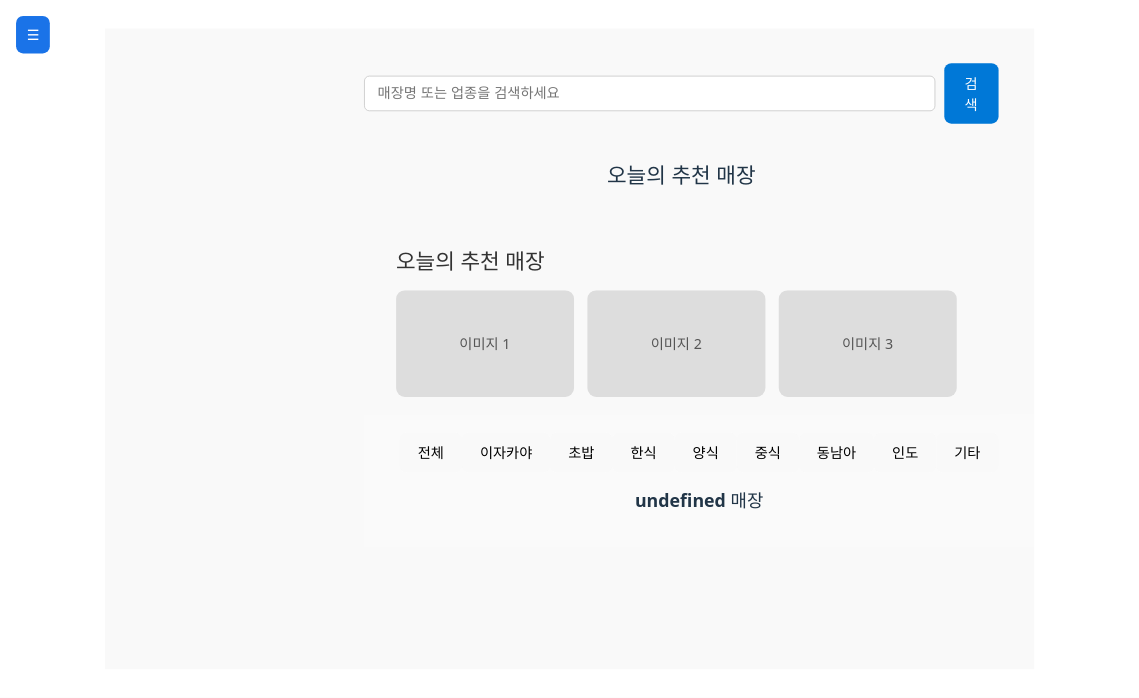
Repository: noiredex/Choplan-API
Page: / (app in choplan/frontend_main/)
An editor plug-in stored every save of this project. The page is shown before and after the next save, followed by the edit.
The browser window is 1280 px wide. The pictures show the whole page, at 89% of full size.
The project was rebuilt for these pictures with package versions that can differ from the ones it lists, and the page was loaded fresh each time. Also part of the build but not shown: choplan/frontend_main/vite.config.js, choplan/frontend_main/vite.config.ts, choplan/frontend_main/src/styles/StoreDetailPage.css, choplan/frontend_main/src/pages/StoreDetailPage.jsx.

Above is the page before, as saved 2025-10-22 14:13:46.

After the next save:
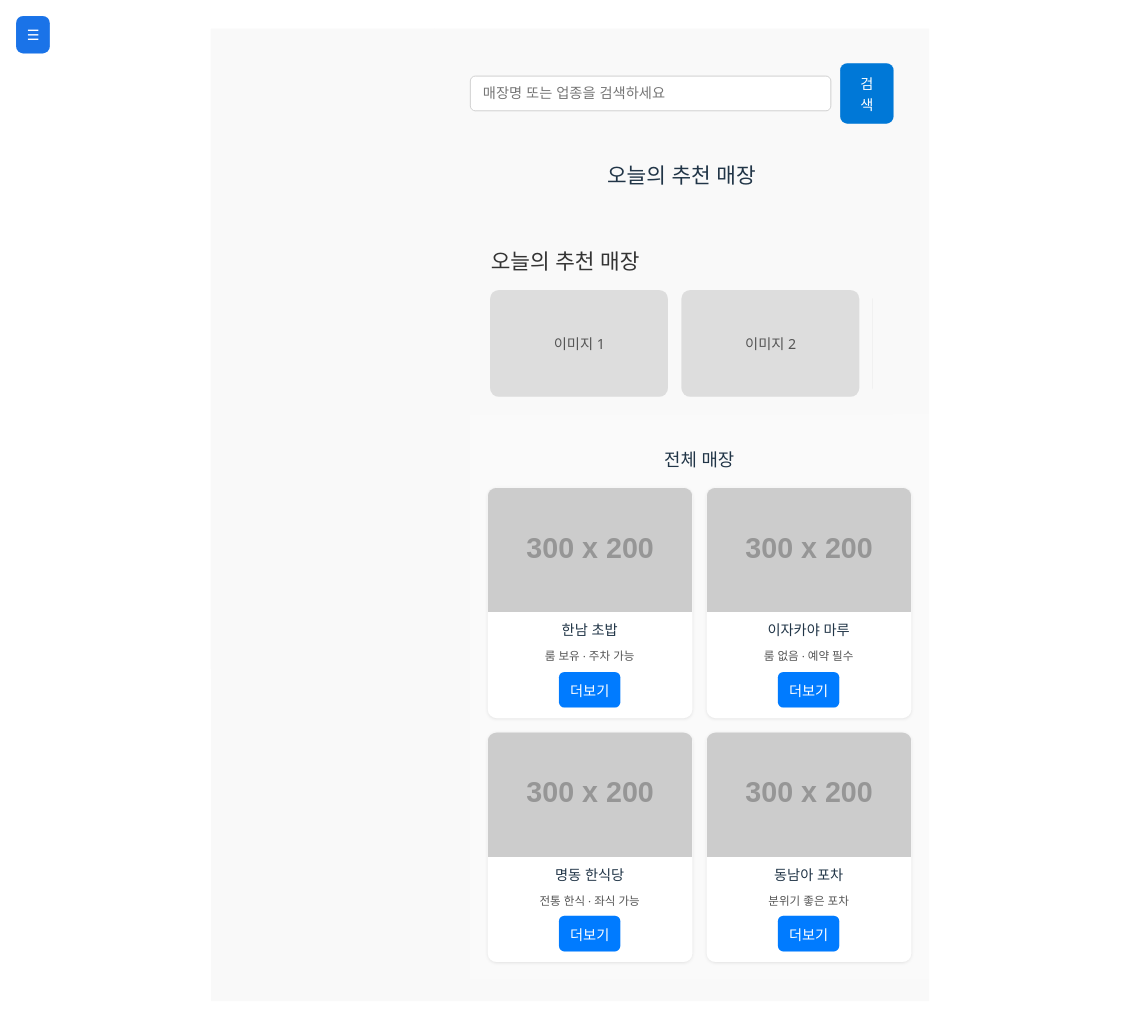
Saved 16 s later.
--- a/choplan/frontend_main/src/components/home/RecommendedStores.jsx
+++ b/choplan/frontend_main/src/components/home/RecommendedStores.jsx
@@ -1,48 +1,55 @@
-import React from "react";
+import React, { useEffect, useState } from "react";
 import "../../styles/RecommendedStores.css";
 
-const storeList = [
-  { id: 1, name: "한남 초밥", desc: "룸 보유 · 주차 가능", category: "초밥", image: "/assets/banner1.jpg" },
-  { id: 2, name: "이자카야 마루", desc: "룸 없음 · 예약 필수", category: "이자카야", image: "/assets/banner2.jpg" },
-  { id: 3, name: "온더테이블 한식당", desc: "룸 보유 · 최대 6인", category: "한식", image: "/assets/banner3.jpg" },
-  { id: 4, name: "라비올리", desc: "양식 · 와인 가능", category: "양식", image: "/assets/banner2.jpg" },
-  { id: 5, name: "스시 코우", desc: "초밥 · 콜키지 가능", category: "초밥", image: "/assets/banner3.jpg" },
-];
+export default function RecommendedStores({ category, searchQuery }) {
+  const [stores, setStores] = useState([]);
 
-export default function RecommendedStores({ selectedCategory, onCategoryChange }) {
-  const categories = ["전체", "이자카야", "초밥", "한식", "양식", "중식", "동남아", "인도", "기타"];
+  // ✅ 예시 데이터 (실제 API 연결 시 이 부분 대체)
+  const allStores = [
+    { id: 1, name: "한남 초밥", category: "초밥", desc: "룸 보유 · 주차 가능", img: "https://placehold.co/300x200" },
+    { id: 2, name: "이자카야 마루", category: "이자카야", desc: "룸 없음 · 예약 필수", img: "https://placehold.co/300x200" },
+    { id: 3, name: "명동 한식당", category: "한식", desc: "전통 한식 · 좌식 가능", img: "https://placehold.co/300x200" },
+    { id: 4, name: "동남아 포차", category: "동남아", desc: "분위기 좋은 포차", img: "https://placehold.co/300x200" },
+  ];
 
-  const filteredStores =
-    selectedCategory === "전체"
-      ? storeList
-      : storeList.filter((store) => store.category === selectedCategory);
+  useEffect(() => {
+    let filtered = allStores;
+
+    // 검색어 반영
+    if (searchQuery) {
+      filtered = filtered.filter((store) =>
+        store.name.toLowerCase().includes(searchQuery.toLowerCase())
+      );
+    }
+
+    // 카테고리 반영
+    if (category && category !== "전체") {
+      filtered = filtered.filter((store) => store.category === category);
+    }
+
+    setStores(filtered);
+  }, [category, searchQuery]);
 
   return (
-    <section className="recommended-stores">
-      <div className="category-buttons">
-        {categories.map((cat) => (
-          <button
-            key={cat}
-            onClick={() => onCategoryChange(cat)}
-            className={selectedCategory === cat ? "active" : ""}
-          >
-            {cat}
-          </button>
-        ))}
-      </div>
-
-      <h2>{selectedCategory === "전체" ? "추천 매장" : `${selectedCategory} 매장`}</h2>
+    <div className="recommended-stores">
+      <h2>{category ? category : "전체"} 매장</h2>
 
       <div className="store-grid">
-        {filteredStores.map((store) => (
-          <div key={store.id} className="store-card">
-            <img src={store.image} alt={store.name} />
-            <h3>{store.name}</h3>
-            <p>{store.desc}</p>
-            <button>더보기</button>
-          </div>
-        ))}
+        {stores.length > 0 ? (
+          stores.map((store) => (
+            <div className="store-card" key={store.id}>
+              <img src={store.img} alt={store.name} />
+              <div className="store-info">
+                <h3>{store.name}</h3>
+                <p>{store.desc}</p>
+                <button>더보기</button>
+              </div>
+            </div>
+          ))
+        ) : (
+          <p className="no-results">검색 결과가 없습니다.</p>
+        )}
       </div>
-    </section>
+    </div>
   );
 }
